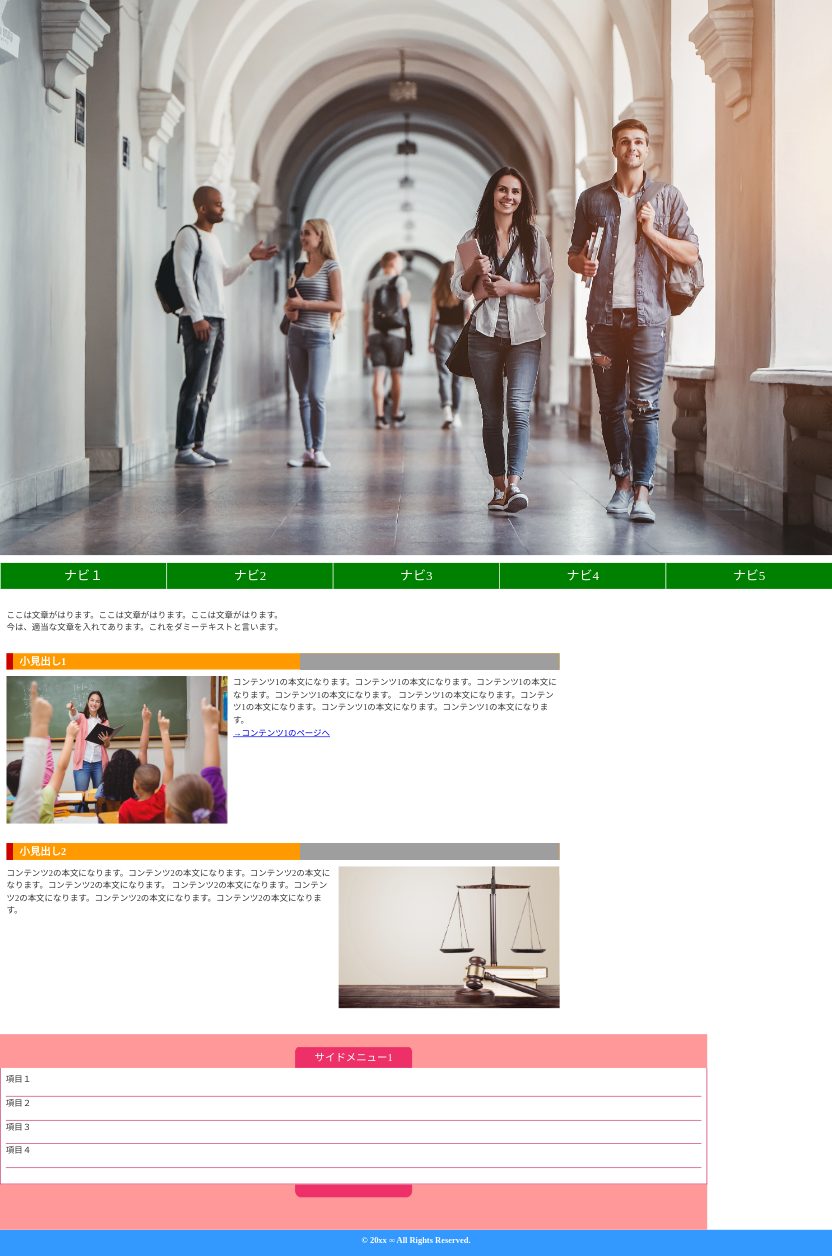
Repository: sakusyou69/homepage
Page: index.html
The author's editor kept a record of every edit. The page is drawn from the files as they stood at one moment, then again after the next edit.
The browser window is 1280 px wide. The pictures show the whole page, at 65% of full size.
Pictures or frames that could not be fetched are drawn as grey boxes.

Above is the page before.

After the next edit:
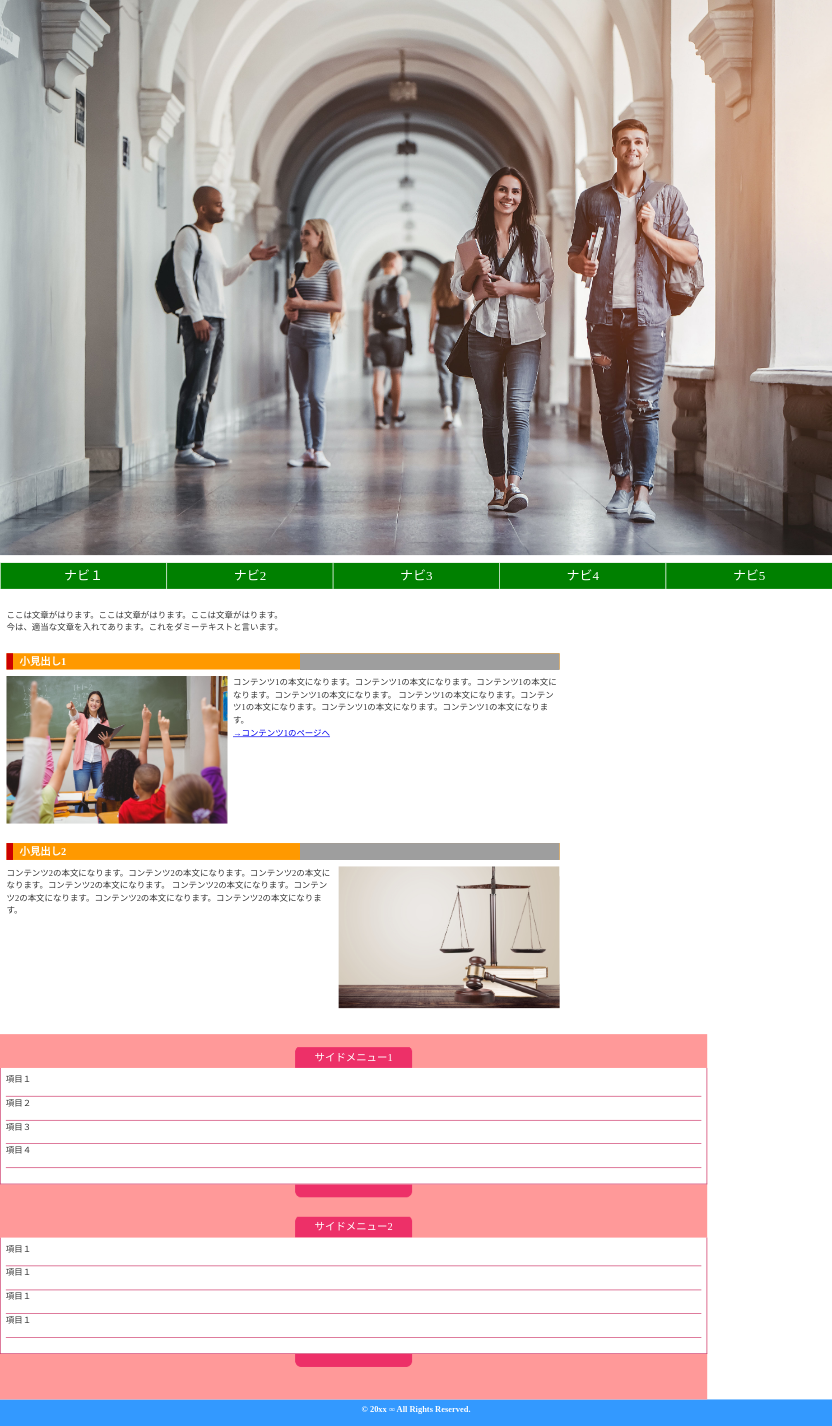
The edit:
--- a/index.html
+++ b/index.html
@@ -55,6 +55,17 @@
           </ul>
         </div>
       </div>
+      <div class="box">
+        <h2>サイドメニュー2</h2>
+        <div class="boxBody">
+          <ul>
+           <li>項目１</li>
+           <li>項目１</li>
+           <li>項目１</li>
+           <li>項目１</li>
+          </ul>
+        </div>
+      </div>
     </div>
   </div>
   <div id="footer">
